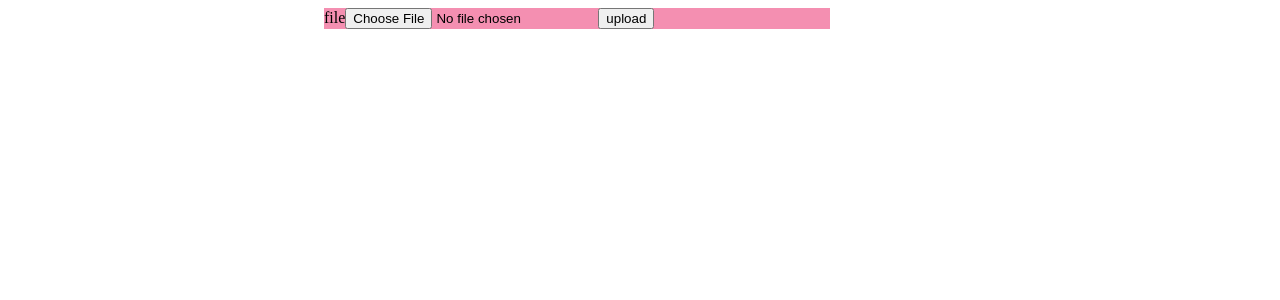
Repository: jocarosa/meta-data
Page: http://localhost/
The author's editor kept a record of every edit. The page is drawn from the files as they stood at one moment, then again after the next edit.
The browser window is 1280 px wide. The pictures show the whole page.
The page is served by the project's Node server (meta.js).

Above is the page before.

After the next edit:
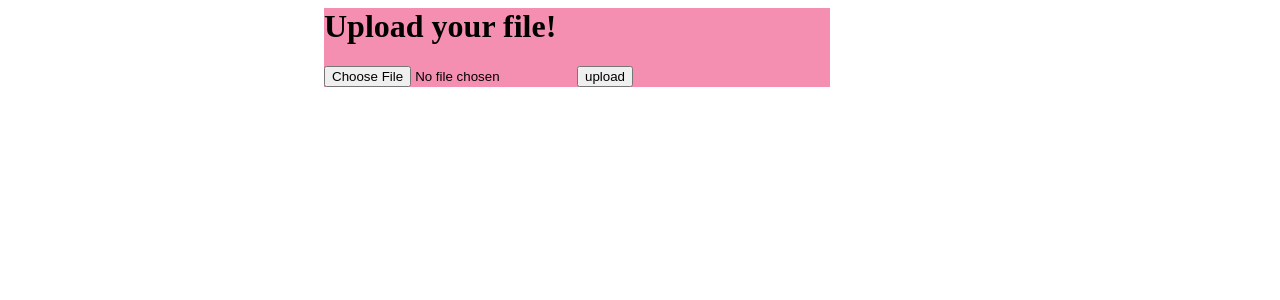
The edit:
--- a/views/index.jade
+++ b/views/index.jade
@@ -8,7 +8,7 @@
       form(action='/',method='post', enctype="multipart/form-data")
 
         div(id='hiddendiv',data-role='fieldcontain')
-            label(for='hidden_password') file
+            h1 Upload your file!
             input(id='hidden_password',type='file',value='file' name="myfile")
 
             input(type='submit',value='upload',data-transition='fade', data-theme='c')
